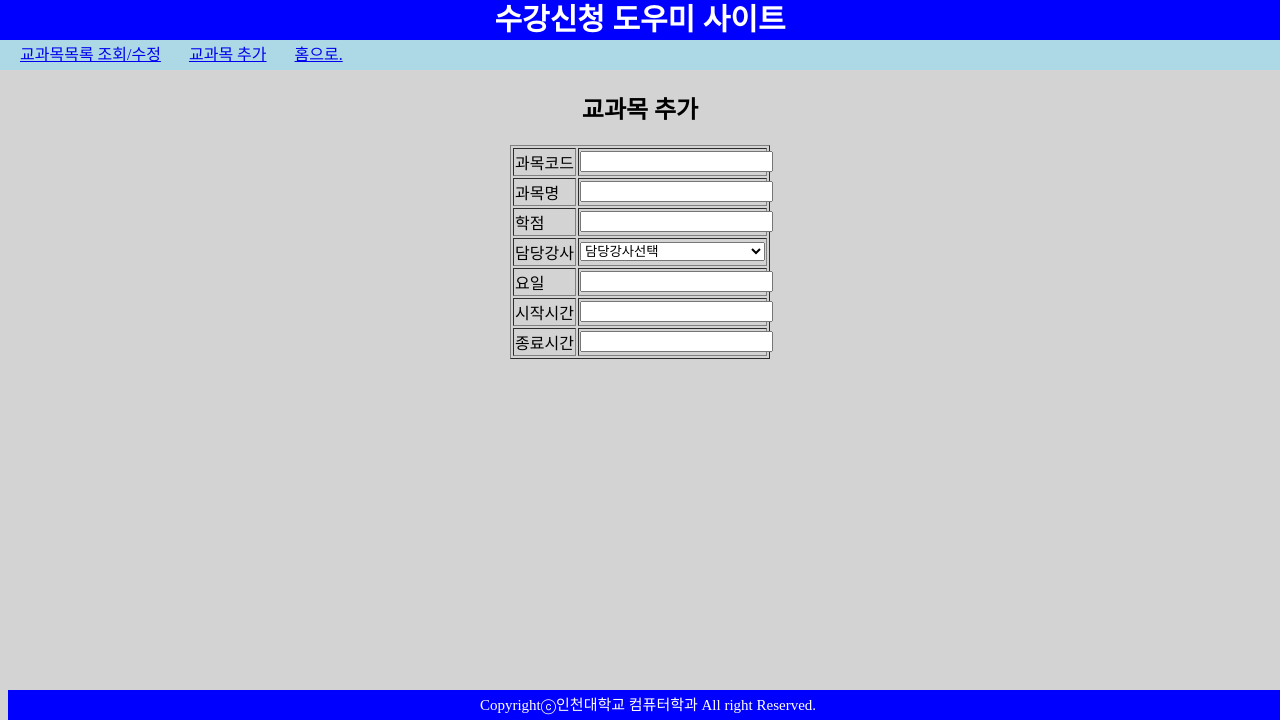
Repository: leesuyeon116/HRD_2
Page: http://localhost/HRD_0419/insert.jsp
An editor plug-in stored every save of this project. The page is shown before and after the next save, followed by the edit.
The browser window is 1280 px wide. The pictures show the whole page.
The page is served by Tomcat 9.

Above is the page before, as saved 2024-04-19 06:13:39.

After the next save:
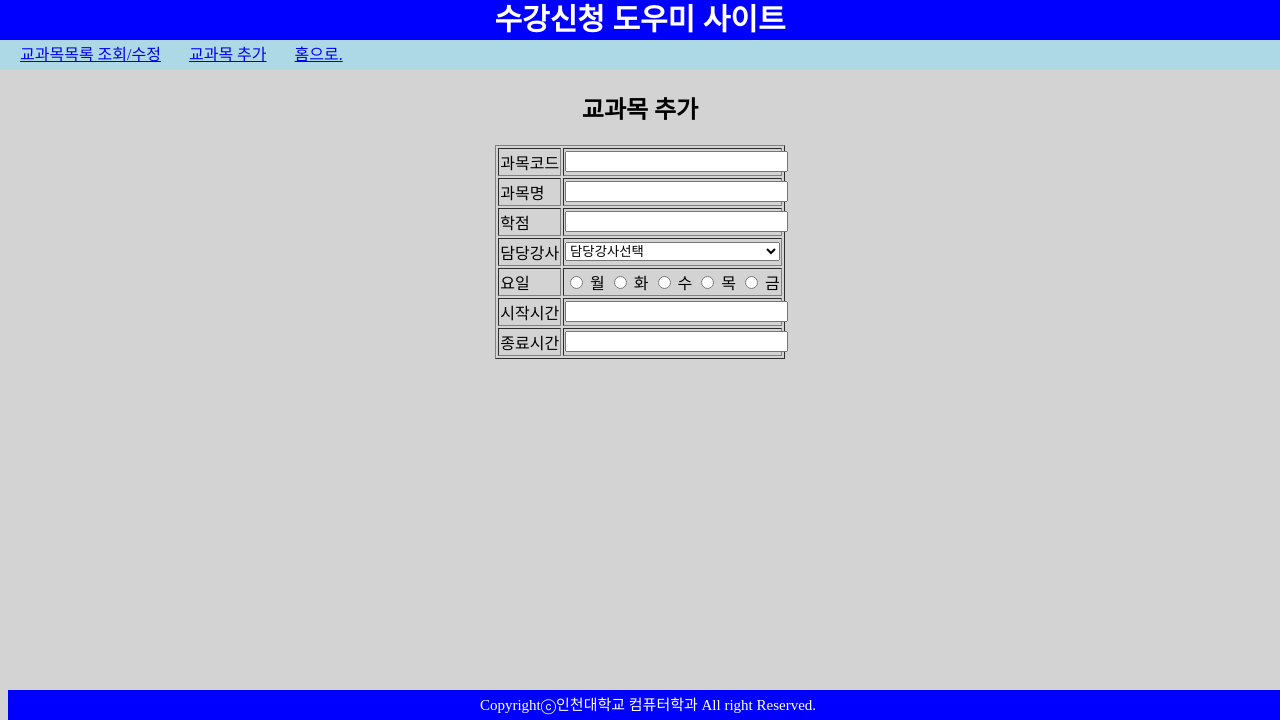
Saved 4 min 50 s later.
--- a/HRD_0419/src/main/webapp/insert.jsp
+++ b/HRD_0419/src/main/webapp/insert.jsp
@@ -44,7 +44,13 @@
 
 				<tr>
 					<td>요일</td>
-					<td><input type="text" name="id" style="width: 100%"></td>
+					<td>
+					<input type="radio" name="week" value="1"> 월
+					<input type="radio" name="week" value="2"> 화
+					<input type="radio" name="week" value="3"> 수
+					<input type="radio" name="week" value="4"> 목
+					<input type="radio" name="week" value="5"> 금
+					</td>
 				</tr>
 
 				<tr>
